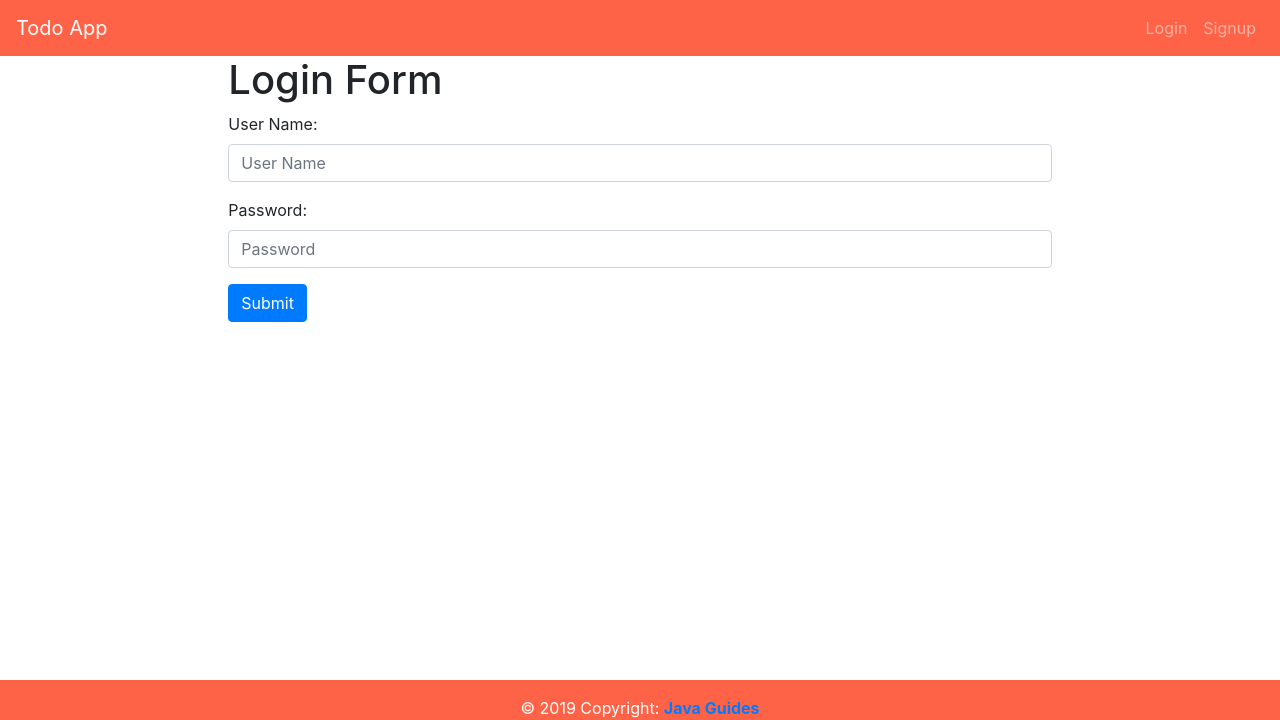
Repository: deepankarpant15/TaskTrackr
Page: http://localhost/Trackr/
These files come from the project's save history. The page is drawn as it stood at one moment and after the next save; the edit follows.
The browser window is 1280 px wide. The pictures show the whole page.
The page is served by Tomcat 9.

Above is the page before, as saved 2024-11-17 05:30:56.

After the next save:
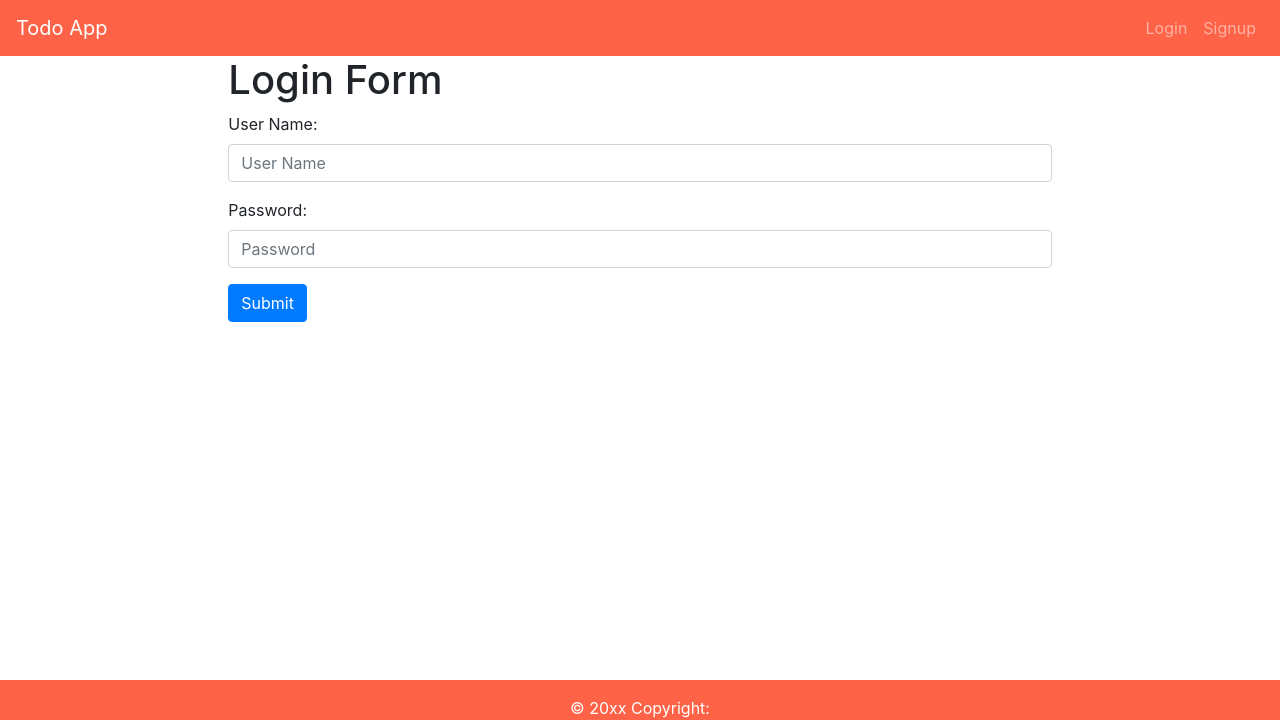
Saved 49 s later.
--- a/Trackr/src/main/webapp/common/footer.jsp
+++ b/Trackr/src/main/webapp/common/footer.jsp
@@ -11,8 +11,7 @@
 
 <footer class="footer font-small black">
     <!-- Copyright -->
-  <div class="footer-copyright text-center py-3" style="color: white">© 2019 Copyright:
-        <a href="https://www.javaguides.net/" > <strong> Java Guides </strong></a>
+  <div class="footer-copyright text-center py-3" style="color: white">© 20xx Copyright:
       </div>
 </footer>
 <!-- Footer -->
